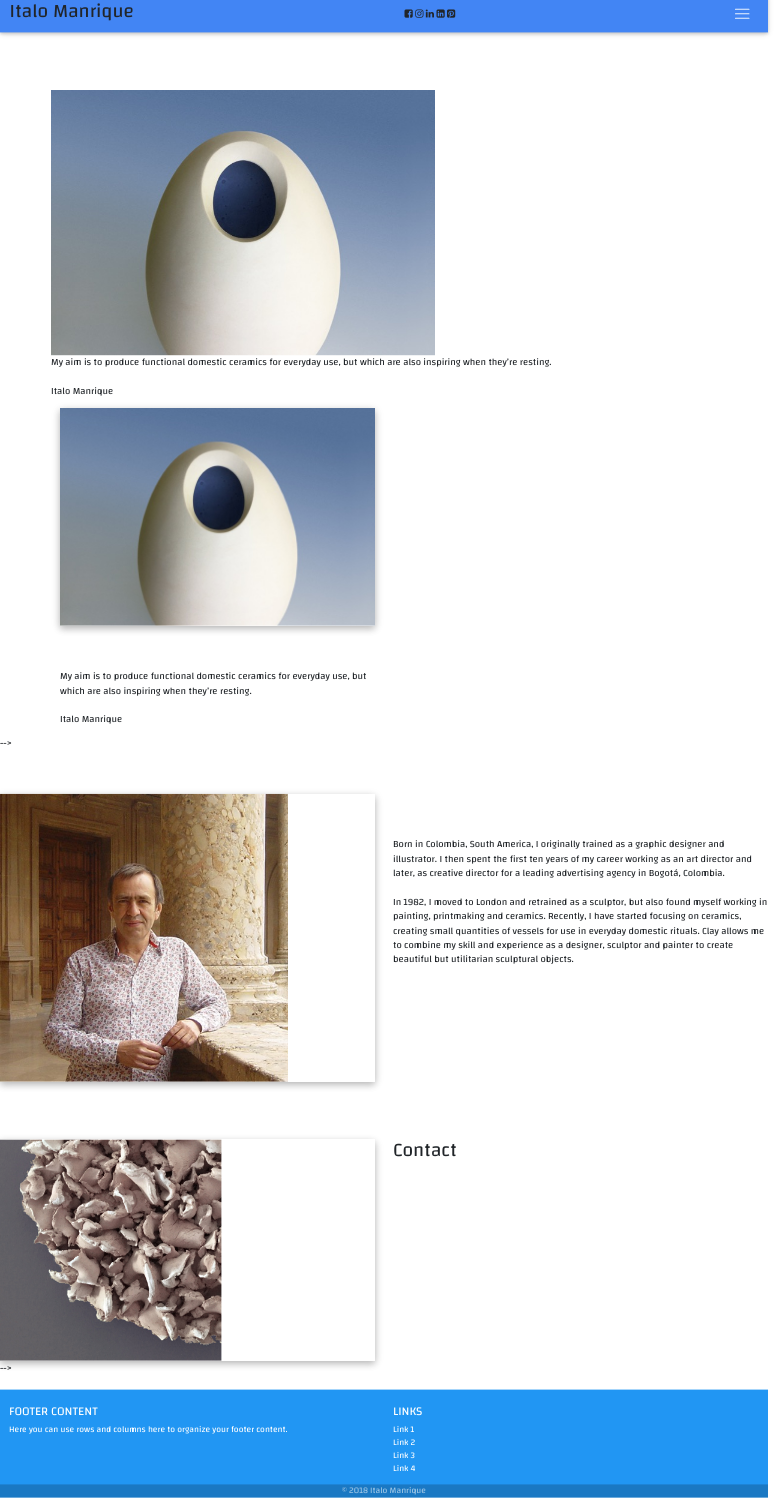
Repository: ManrOsca/ceramics
Page: MDB/index.html
The author's editor kept a record of every edit. The page is drawn from the files as they stood at one moment, then again after the next edit.
The browser window is 1280 px wide. The page is 1295 px wide, then 1280 px, so the pictures cover 1295 px, including what lies to the right of the window. The pictures show the whole page, at 60% of full size.

Above is the page before.

### MDB/index.html
<!DOCTYPE html>
<html lang="en">

<head>
    <meta charset="utf-8">
    <meta name="viewport" content="width=device-width, initial-scale=1, shrink-to-fit=no">
    <meta http-equiv="x-ua-compatible" content="ie=edge">
    <title><p class="changa text-uppercase">ITALO MANRIQUE - ceramics</p></title>
    <!-- Font Awesome -->
    <link rel="stylesheet" href="https://maxcdn.bootstrapcdn.com/font-awesome/4.7.0/css/font-awesome.min.css">
    <!-- Bootstrap core CSS -->
    <link href="css/bootstrap.min.css" rel="stylesheet">
    <!-- Material Design Bootstrap -->
    <link href="css/mdb.min.css" rel="stylesheet">
    <!-- Your custom styles (optional) -->
    <link href="https://fonts.googleapis.com/css?family=Changa" rel="stylesheet">
    <link href="css/style.css" rel="stylesheet">
</head>

<body>

    <!-- Main navigation-->
    <header>
        <!--Navbar-->
        <nav class="navbar sticky-top navbar-dark scrolling-navbar primary-color">

            <!-- Navbar brand -->
            <h2 class="changa">Italo Manrique</h2>
             <!-- networking -->
            <div>
                <i class="fa fa-facebook-square" aria-hidden="true"></i>
                <i class="fa fa-instagram" aria-hidden="true"></i>
                <i class="fa fa-linkedin" aria-hidden="true"></i>
                <i class="fa fa-linkedin-square" aria-hidden="true"></i>
                <i class="fa fa-pinterest-square" aria-hidden="true"></i>
            </div>

            <!-- Collapse button -->
            <button class="navbar-toggler" type="button" data-toggle="collapse" data-target="#basicExampleNav" aria-controls="basicExampleNav"
                aria-expanded="false" aria-label="Toggle navigation">
                <span class="navbar-toggler-icon"></span>
            </button>

            <!-- Collapsible content -->
            <div class="collapse navbar-collapse" id="basicExampleNav">

                <!-- Links -->
                <ul class="navbar-nav w-100 justify-content-end">
                    <li class="nav-item active">
                        <a class="nav-link" href="#home">Home
                            <span class="sr-only">(current)</span>
                        </a>
                    </li>
                    <li class="nav-item">
                        <a class="nav-link" href="#about">About</a>
                    </li>
                    <li class="nav-item">
                        <a class="nav-link" href="#gallery">Gallery</a>
                    </li>
                    <li class="nav-item">
                        <a class="nav-link" href="#contact">Contact</a>
                    </li>

                </ul>
                <!-- Links -->

            </div>
            <!-- Collapsible content -->

        </nav>
        <!--/.Navbar-->
    </header>
    <!-- /Main navigation-->

    <!-- Main Layout -->
    <main>
        <div class="container">
            <br><br><br><br>
            <div id="home">
                <img src="img/home.jpeg" alt="ceamics home" class="img-fluid">
            </div>
            <p class="changa">
            My aim is to produce functional domestic ceramics for everyday use, but which are also inspiring when they’re resting.
            <br><br>
            Italo Manrique
            </p>



<!--

            <div class="row" id="home"> <!-- home -->
                <div class="col-md-6">
                    <div class="view overlay hm-white-light z-depth-1-half">
                        <img src="img/home.jpeg" alt="ceamics home" class="img-fluid">
                        <div class="mask"></div>
                    </div>
                </div>

                <div class="col-md-6">
                    <br><br><br>
                    <p class="changa">
                        My aim is to produce functional domestic ceramics for everyday use, but which are also inspiring when they’re resting.
                        <br><br>
                        Italo Manrique
                    </p>
                </div>
            </div> <!-- end row -->
-->



            <br><br><br><br>
            <div class="row" id="about">  <!-- About -->
                <div class="col-md-6">
                    <div class="view overlay hm-white-light z-depth-1-half">
                        <img src="img/about.jpeg" alt="ceamics home" class="img-fluid">
                        <div class="mask"></div>
                    </div>
                </div>

                <div class="col-md-6">
                    <br><br><br>
                    <p class="changa">
                        Born in Colombia, South America, I originally trained as a graphic designer and illustrator. I then spent the first ten years of my career working as an art director and later, as creative director for a leading advertising agency in Bogotá, Colombia.
                        <br><br>
                        In 1982, I moved to London and retrained as a sculptor, but also found myself working in painting, printmaking and ceramics. Recently, I have started focusing on ceramics, creating small quantities of vessels for use in everyday domestic rituals. Clay allows me to combine my skill and experience as a designer, sculptor and painter to create beautiful but utilitarian sculptural objects.
                    </p>
                </div>
            </div> <!-- end row -->


<!--

            <br><br><br><br>
            <h3 class="changa">Gallery</h3>
            <div class="row" id="gallery">  <!-- Gallery first row
                <div class="col-sm-4">
                        <img src="img/gallery-menu-teapots.jpg" alt="ceamics home" class="img-fluid">
                 </div>
                 <div class="col-sm-4">
                        <img src="img/gallery-menu-cups.jpg" alt="ceamics home" class="img-fluid">
                 </div>
                  <div class="col-sm-4">
                        <img src="img/gallery-menu-jugs.jpg" alt="ceamics home" class="img-fluid">
                  </div>

           </div> <!-- end row
           <!-- <br>
             <div class="row" id="gallery">  <!-- Gallery second row
                <div class="col-sm-4">
                        <img src="img/gallery-menu-bowls.jpg" alt="ceamics home" class="img-fluid">
                </div>
                 <div class="col-sm-4">
                        <img src="img/gallery-menu-vases.jpg" alt="ceamics home" class="img-fluid">
                 </div>
                  <div class="col-sm-4">
                        <img src="img/gallery-menu-sculptural.jpg" alt="ceamics home" class="img-fluid">
                </div>

           </div> <!-- end row -->
            <br> <br><br><br>
            <div class="row" id="contact">  <!-- Contact -->
                <div class="col-md-6">
                    <div class="view overlay hm-white-light z-depth-1-half">
                        <img src="img/gallery-menu-sculptural.jpg" alt="ceamics home" class="img-fluid">
                        <div class="mask"></div>
                    </div>
                </div>

                <div class="col-md-6">
                    <h2 class="changa">
                        Contact
                    </h2>
                </div>
            </div> <!-- end row -->


-->

        </div> <!-- end container -->
    </main>
    <!-- /Main Layout -->

    <!-- footer -->
    <footer>

<!--Footer-->
<footer class="page-footer font-small blue pt-4 mt-4">

    <!--Footer Links-->
    <div class="container-fluid text-center text-md-left">
        <div class="row">

            <!--First column-->
            <div class="col-md-6">
                <h5 class="text-uppercase">Footer Content</h5>
                <p>Here you can use rows and columns here to organize your footer content.</p>
            </div>
            <!--/.First column-->

            <!--Second column-->
            <div class="col-md-6">
                <h5 class="text-uppercase">Links</h5>
                <ul class="list-unstyled">
                    <li>
                        <a href="#!">Link 1</a>
                    </li>
                    <li>
                        <a href="#!">Link 2</a>
                    </li>
                    <li>
                        <a href="#!">Link 3</a>
                    </li>
                    <li>
                        <a href="#!">Link 4</a>
                    </li>
                </ul>
            </div>
            <!--/.Second column-->
        </div>
    </div>
    <!--/.Footer Links-->

    <!--Copyright-->
    <div class="footer-copyright changa text-center">
        © 2018 Italo Manrique
    </div>
    <!--/.Copyright-->

</footer>
<!--/.Footer-->

    </footer>
    <!-- /footer -->

    <!-- SCRIPTS -->
    <!-- JQuery -->
    <script type="text/javascript" src="js/jquery-3.2.1.min.js"></script>
    <!-- Bootstrap tooltips -->
    <script type="text/javascript" src="js/popper.min.js"></script>
    <!-- Bootstrap core JavaScript -->
    <script type="text/javascript" src="js/bootstrap.min.js"></script>
    <!-- MDB core JavaScript -->
    <script type="text/javascript" src="js/mdb.min.js"></script>
</body>

</html>

### MDB/css/style.css
/* Your custom styles */

.changa {
    font-family: 'Changa', sans-serif;
}
/*
.col-sm-4 {
padding: 2px;
}
    */
.grey-text {
  color: #9e9e9e !important;
}
html body {
  font-family: 'Changa', sans-serif;
}

.figure-caption {
  font-size: 90%;
  color: #fff;
  text-transform: uppercase;
  font-weight: 600;
}
.img-thumbnail {
  border-radius: 0;
  padding: 0px;
  background-color: inherit;
}
.img-thumbnail img {
  max-height: 100%;
  max-width: 100%;
}

nav {
  margin-top: -0.50em;
}
/*
html,
body,
header,
#intro {
  height: 100%;
}

.home-bg {
   background: url("../img/home.jpg") no-repeat center center fixed;
    background-size: cover;
    -webkit-background-size: cover;
    -moz-background-size: cover;
    -o-background-size: cover;
}
.landing-text {
    text-align: center;
    position: absolute;
    top: 50%;
    left: 50%;
    transform: translate(-50%, -50%);
    color: grey;
}
   */
.push-down-10 {
  padding-top: 10rem;
}
.img-thumbnail {
  max-width: none;
}

thumbnail {
  padding: 1rem;
}

div a img {
  width: 100%;
  display:block;
}
gallery {
  width:100%;
  display:flex;
  flex-flow: row wrap;
}

/*
html,
body,
header,
#intro {
  height: 100%;
}
#intro{
  background: url("img/home.jpeg") no-repeat center center fixed;
  -webkit-background-size: cover;
  -moz-background-size: cover;
  -o-background-size: cover;
  background-size: cover;
}
@import url('https://fonts.googleapis.com/css?family=Yantramanav:100');
@import url('https://fonts.googleapis.com/css?family=Montserrat:400');
    */


/*--- Media Queries --
@media screen and (max-width: 900px) {

}
@media screen and (max-width: 768px) {

}
@media screen and (max-width: 480px) {

}
*/

Loaded but not shown: MDB/css/bootstrap.min.css (library); MDB/css/mdb.min.css (library); MDB/js/jquery-3.2.1.min.js (library); MDB/js/popper.min.js (library); MDB/js/bootstrap.min.js (library); MDB/js/mdb.min.js (library)

After the next edit:
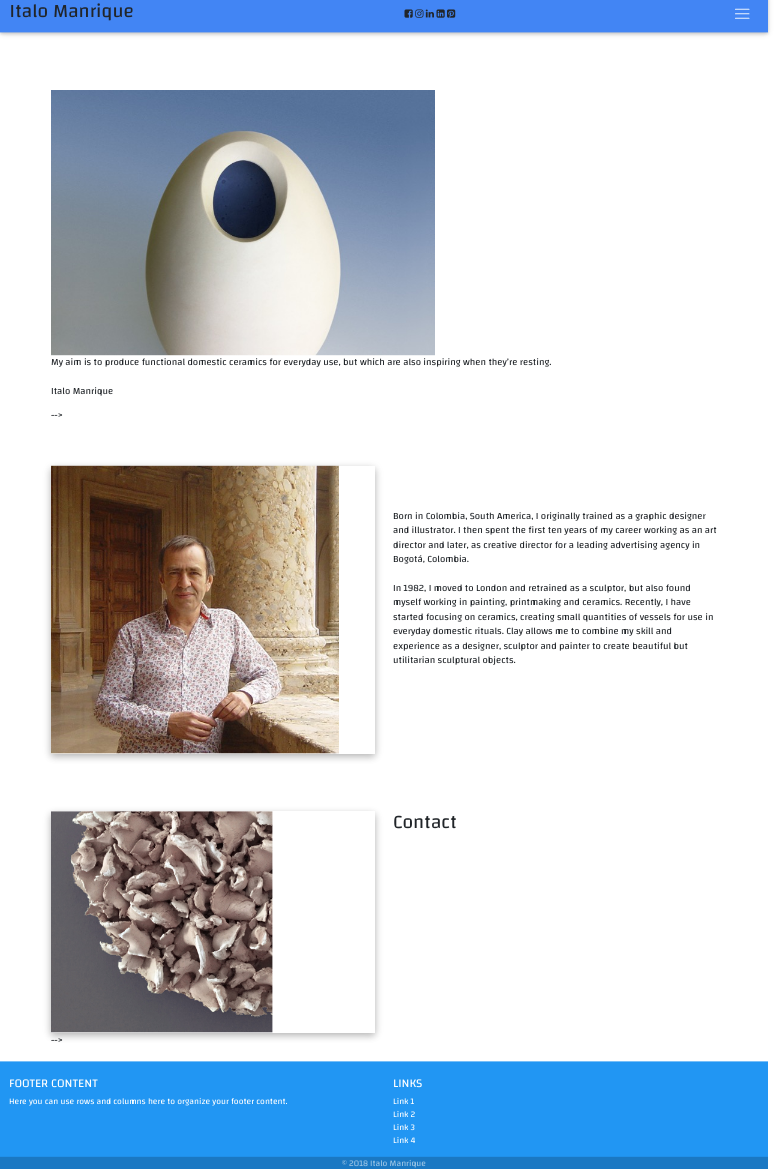
The edit:
--- a/MDB/index.html
+++ b/MDB/index.html
@@ -89,7 +89,7 @@
 
 <!--
 
-            <div class="row" id="home"> <!-- home -->
+            <div class="row" id="home"> <!-- home
                 <div class="col-md-6">
                     <div class="view overlay hm-white-light z-depth-1-half">
                         <img src="img/home.jpeg" alt="ceamics home" class="img-fluid">
